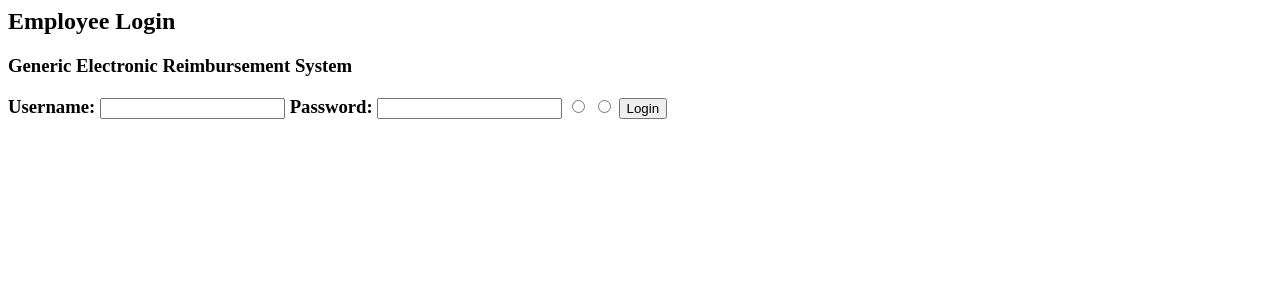
Repository: lharrill01/july_11_current_projects
Page: project1/src/main/webapp/Login.html
These files come from the project's save history. The page is drawn as it stood at one moment and after the next save; the edit follows.
The browser window is 1280 px wide. The pictures show the whole page.

Above is the page before, as saved 2019-07-07 19:02:05.

### project1/src/main/webapp/Login.html
<html>
<body>
<h2>Employee Login</h2>
<h3>Generic Electronic Reimbursement System<h3>

<form action="Login" method="post">
	<label>Username: </label>
	<input type="text" name="username">
	<label>Password: </label>
	<input type="password" name="password">
	<input type="radio" name="ESswitch" value=1>
	<input type="radio" name="ESswitch" value=2>
	<input type="submit" value="Login">
</form>
</body>
</html>

After the next save:
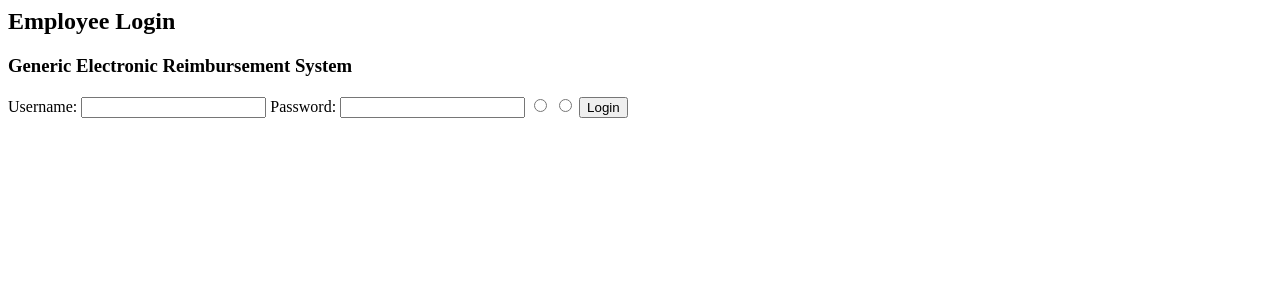
Saved 13 s later.
--- a/project1/src/main/webapp/Login.html
+++ b/project1/src/main/webapp/Login.html
@@ -1,7 +1,7 @@
 <html>
 <body>
 <h2>Employee Login</h2>
-<h3>Generic Electronic Reimbursement System<h3>
+<h3>Generic Electronic Reimbursement System</h3>
 
 <form action="Login" method="post">
 	<label>Username: </label>
